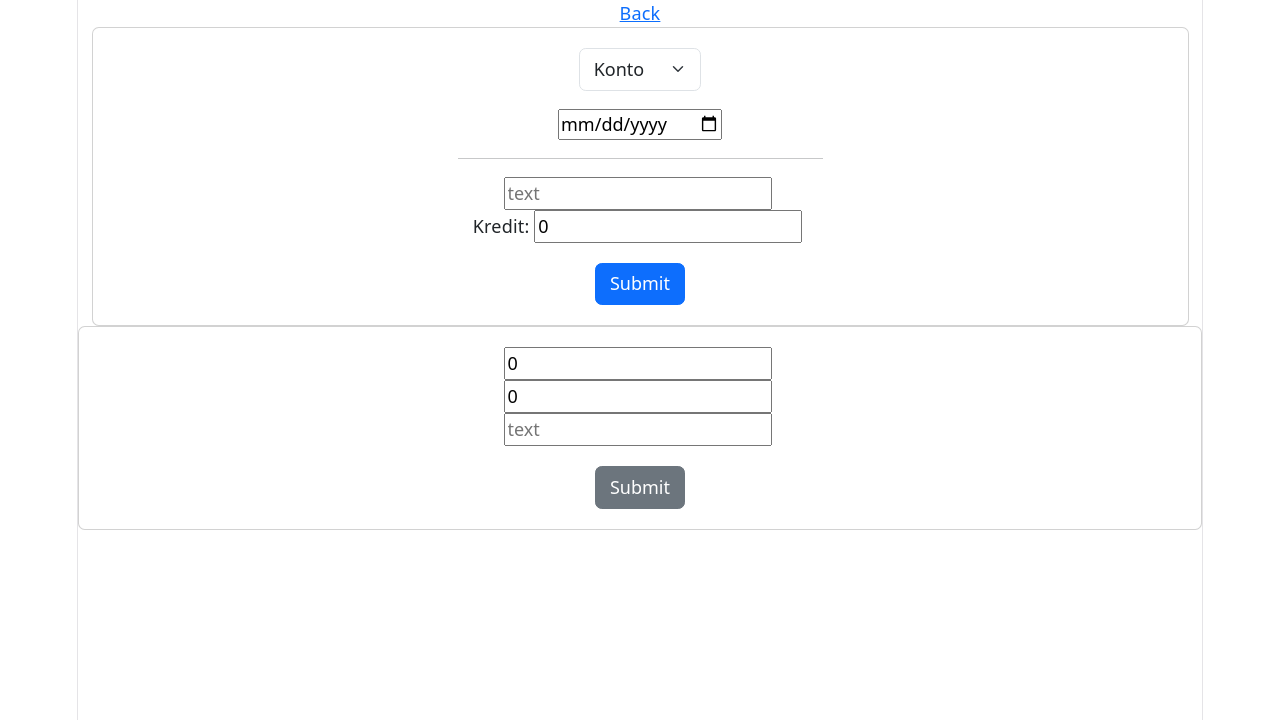
Repository: supply24/kidsaccount
Page: /action
The author's editor kept a copy of each file at every save. The page is drawn from the files as they stood at one save, then again after the next save.
The browser window is 1280 px wide. The pictures show the whole page.
The page's requests for data from a server got no answer. The project was rebuilt for these pictures with package versions that can differ from the ones it lists, and the page was loaded fresh each time. No one was signed in, and anything a server would have sent is missing. Also part of the build but not shown: vite.config.js, src/App.css, src/App.jsx, src/Homing.jsx, src/Emilia.jsx, src/Alexander.jsx.

Above is the page before, as saved 2026-08-01 12:17:26.

### index.html
<!doctype html>
<html lang="en">
  <head>
    <meta charset="UTF-8" />
    <link rel="icon" type="image/svg+xml" href="/favicon.svg" />
    <meta name="viewport" content="width=device-width, initial-scale=1.0" />
    <title>accounter</title>
    <link
  rel="stylesheet"
  href="https://cdn.jsdelivr.net/npm/bootstrap@5.3.5/dist/css/bootstrap.min.css"
  integrity="sha384-SgOJa3DmI69IUzQ2PVdRZhwQ+dy64/BUtbMJw1MZ8t5HZApcHrRKUc4W0kG879m7"
  crossorigin="anonymous"
/>
  </head>
  <body>
    <div id="root"></div>
    <script type="module" src="/src/main.jsx"></script>
  </body>
</html>

### src/main.jsx
import { StrictMode } from 'react'
import { createRoot } from 'react-dom/client'
import { createBrowserRouter, RouterProvider } from 'react-router-dom'
import './index.css'
import App from './App.jsx'
import Homing from "./Homing.jsx"
import Actions from "./Actions.jsx"
import Emilia from "./Emilia.jsx"
import Alexander from "./Alexander.jsx"

const router = createBrowserRouter ([
{path:"/",
  element:<Homing/>
}  ,
{path:"/action",
  element:<Actions/>
},
{path:"/emlia",
  element:<Emilia/>
},
{path:"/alex",
  element:<Alexander/>
}
])

createRoot(document.getElementById('root')).render(
  <StrictMode>
    <RouterProvider router={router}/>
  </StrictMode>,
)

### src/index.css
:root {
  --text: #6b6375;
  --text-h: #08060d;
  --bg: #fff;
  --border: #e5e4e7;
  --code-bg: #f4f3ec;
  --accent: #aa3bff;
  --accent-bg: rgba(170, 59, 255, 0.1);
  --accent-border: rgba(170, 59, 255, 0.5);
  --social-bg: rgba(244, 243, 236, 0.5);
  --shadow:
    rgba(0, 0, 0, 0.1) 0 10px 15px -3px, rgba(0, 0, 0, 0.05) 0 4px 6px -2px;

  --sans: system-ui, 'Segoe UI', Roboto, sans-serif;
  --heading: system-ui, 'Segoe UI', Roboto, sans-serif;
  --mono: ui-monospace, Consolas, monospace;

  font: 18px/145% var(--sans);
  letter-spacing: 0.18px;
  color-scheme: light dark;
  color: var(--text);
  background: var(--bg);
  font-synthesis: none;
  text-rendering: optimizeLegibility;
  -webkit-font-smoothing: antialiased;
  -moz-osx-font-smoothing: grayscale;

  @media (max-width: 1024px) {
    font-size: 16px;
  }
}

@media (prefers-color-scheme: dark) {
  :root {
    --text: #9ca3af;
    --text-h: #f3f4f6;
    --bg: #16171d;
    --border: #2e303a;
    --code-bg: #1f2028;
    --accent: #c084fc;
    --accent-bg: rgba(192, 132, 252, 0.15);
    --accent-border: rgba(192, 132, 252, 0.5);
    --social-bg: rgba(47, 48, 58, 0.5);
    --shadow:
      rgba(0, 0, 0, 0.4) 0 10px 15px -3px, rgba(0, 0, 0, 0.25) 0 4px 6px -2px;
  }

  #social .button-icon {
    filter: invert(1) brightness(2);
  }
}

body {
  margin: 0;
}

#root {
  width: 1126px;
  max-width: 100%;
  margin: 0 auto;
  text-align: center;
  border-inline: 1px solid var(--border);
  min-height: 100svh;
  display: flex;
  flex-direction: column;
  box-sizing: border-box;
}

h1,
h2 {
  font-family: var(--heading);
  font-weight: 500;
  color: var(--text-h);
}

h1 {
  font-size: 56px;
  letter-spacing: -1.68px;
  margin: 32px 0;
  @media (max-width: 1024px) {
    font-size: 36px;
    margin: 20px 0;
  }
}
h2 {
  font-size: 24px;
  line-height: 118%;
  letter-spacing: -0.24px;
  margin: 0 0 8px;
  @media (max-width: 1024px) {
    font-size: 20px;
  }
}
p {
  margin: 0;
}

code,
.counter {
  font-family: var(--mono);
  display: inline-flex;
  border-radius: 4px;
  color: var(--text-h);
}

code {
  font-size: 15px;
  line-height: 135%;
  padding: 4px 8px;
  background: var(--code-bg);
}

### src/Actions.jsx
import React, {useEffect, useState} from 'react'
import {Col, Row, Button, Form, Container, Card} from "react-bootstrap"
import { createClient } from "@supabase/supabase-js"
import {supabase} from "./data/Export/Supabase.jsx"
import number from "./data/Export/Numbers.jsx"
import {Link} from "react-router-dom"

const Actions = () => {
  const [konto, setKonto]=useState("")
  const [numbers, setNumbers]=useState("")
  const [datetime, setDatetime]=useState("")
  const [kredit, setKredit]=useState(0)
  const [debet, setDebet]=useState(0)
  const [kontox, setKontox]=useState("")
  const [accounter, setAccounter]=useState("")
  const [texting, setTexting]=useState("")
 // const [ setSumx ]=useState("")

  const handleNumbers =(e)=>{
    setNumbers(e.target.value)
  }

  const handleDatetime=(e)=>{
    setDatetime(e.target.value)
      }

      const handleKredit = (e)=>{
        setKredit(e.target.value)
      }
      const handleDebet = (e)=>{
        setDebet(e.target.value)
      }

      const handleKontox = (e)=>{
        setKontox(e.target.value)
      }
      const handleSumx = (e)=>{
        setSumx(e.target.value)
      }
      const handleTexting = (e)=>{
        setTexting(e.target.value)
      }


          useEffect(()=>{
        getCounts()
      },[]
      )

      const payload= [{
    konto :{ debet, kontox}, datetime, texting
               }]
      const handleSubmit=async(e)=>{
        e.preventDefault()
          const {data, error} = await supabase.from("Accounting").insert(payload);
          if(error)
            console.error("error yes", error)
            else{
              console.error("konto info", data)
      }}

      const payload1 = [{
        konto1 :{ kredit, kontox}
                   }]
      const handleSubmit1=async(e)=>{
        e.preventDefault()
          const {data, error} = await supabase.from("Accounting").insert(payload1);
          if(error)
            console.error("error yes", error)
            else{
              console.error("konto info", data)
      }}



      async function getCounts(){
        const {data, error} = await supabase.from("Accounting").select("*")
        setAccounter(data)
        console.log("konton hämtade", data ? data: "no fetch")
      }

      function Break () {
        return (
          <div style={{marginTop:"20px"}}></div>)
      }



  return (
    <div>
      <Link to="/">Back</Link>

        <Container>
          <Card>
            <Form onSubmit={handleSubmit}>
              <Col md={4} className="mx-auto" style={{marginTop:"20px"}}>

<Col align="center" md={4} className="mx-auto" style={{marginTop:"20px"}}>
<Form.Group className="mb-3" controlId="formBasicEmail">
  <Form.Select type ="dropdown" onChange={(e)=>setKontox(e.target.value)}>
    <option value={kontox}>Konto</option>
    {number.map((account)=>(
      <option key={account.id}>{account.kontox}</option>
    ))}
  </Form.Select>
</Form.Group>
</Col>
<input type="date" value={datetime} onChange={handleDatetime} />
<hr></hr>
  <input type="text" value={texting} onChange={handleTexting} placeholder='text'/>&nbsp;

 <Col>Kredit: <input type="number" value={kredit} onChange={handleKredit} placeholder='kredit'/>&nbsp;
  </Col>

<Col align="center" md  ={4} className="mx-auto" style={{marginTop:"20px"}}>
  </Col>
  </Col>
  <Button type="submit" style={{marginBottom:20}}>Submit</Button>
</Form>
 </Card>
 </Container>
 <Row>
 <Container>
      <Card>
        <Form onSubmit={handleSubmit1}>
          <Col md={4} className="mx-auto" style={{marginTop:"20px"}}>

<input type="number" value={kredit} onChange={handleKredit} placeholder='kredit'/>&nbsp;
<input type="number" value={debet} onChange={handleDebet} placeholder='debet'/>&nbsp;
<input type="text" value={texting} onChange={handleTexting} placeholder='text'/>&nbsp;

<Col align="center" md  ={4} className="mx-auto" style={{marginTop:"20px"}}>
  </Col>
  </Col>
  <Button variant="secondary" type="submit" style={{marginBottom:20}}>Submit</Button>
</Form>
      </Card>
    </Container>


  </Row>
          </div>
  )
}

export default Actions

### src/data/Export/Supabase.jsx
import React from "react";
import {createClient} from '@supabase/supabase-js'

/*
const supabaseUrl = 'https://rfzavnmxfanengjuapns.supabase.co'
//const supabaseKey = process.env.SUPABASE_KEY
const supabaseKey= "eyJhbGciOiJIUzI1NiIsInR5cCI6IkpXVCJ9.eyJpc3MiOiJzdXBhYmFzZSIsInJlZiI6InJmemF2bm14ZmFuZW5nanVhcG5zIiwicm9sZSI6ImFub24iLCJpYXQiOjE3ODQ3NzUzMzMsImV4cCI6MjEwMDM1MTMzM30.uY-HxfNB9RcQpFpu75w03NXVAMYMurzfTEnpVtIfYG8"
const supabase = createClient(supabaseUrl, supabaseKey)
*/

export const supabase = createClient(
    import.meta.env.VITE_SUPABASE_URL,
    import.meta.env.VITE_SUPABASE_PUBLISHABLE_DEFAULT_KEY
)

### src/data/Export/Numbers.jsx
const number = [
    {id:"101", kontox:"128", debet:"", kredit:""},
    {id:"201", kontox:"199",  debet:"", kredit:""},
       {id:"301", kontox:"112",  debet:"", kredit:""},
           {id:"501", kontox:"562",  debet:"", kredit:""},
           {id:"601", kontox:"891",  debet:"", kredit:""}
]

export default number

After the next save:
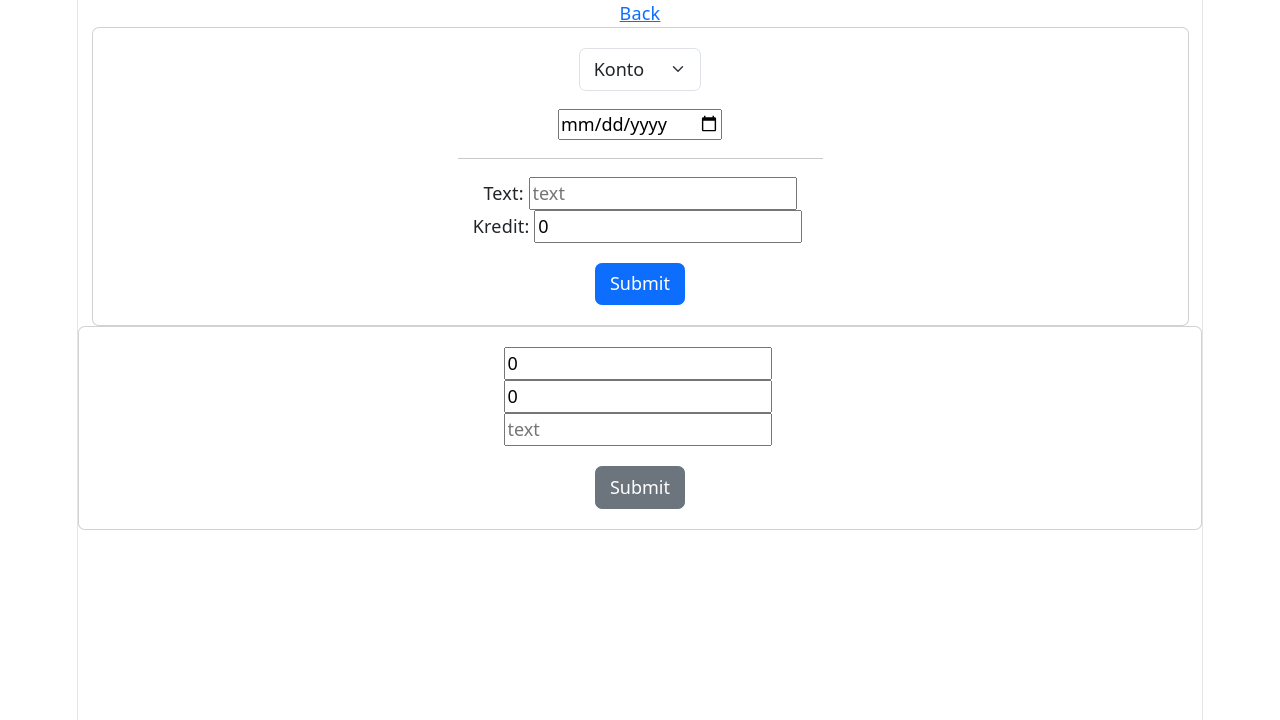
Saved 37 s later.
--- a/src/Actions.jsx
+++ b/src/Actions.jsx
@@ -107,7 +107,7 @@ const Actions = () => {
 </Col>
 <input type="date" value={datetime} onChange={handleDatetime} />
 <hr></hr>
-  <input type="text" value={texting} onChange={handleTexting} placeholder='text'/>&nbsp;
+ <Col>Text:  <input type="text" value={texting} onChange={handleTexting} placeholder='text'/></Col>
 
  <Col>Kredit: <input type="number" value={kredit} onChange={handleKredit} placeholder='kredit'/>&nbsp;
   </Col>
